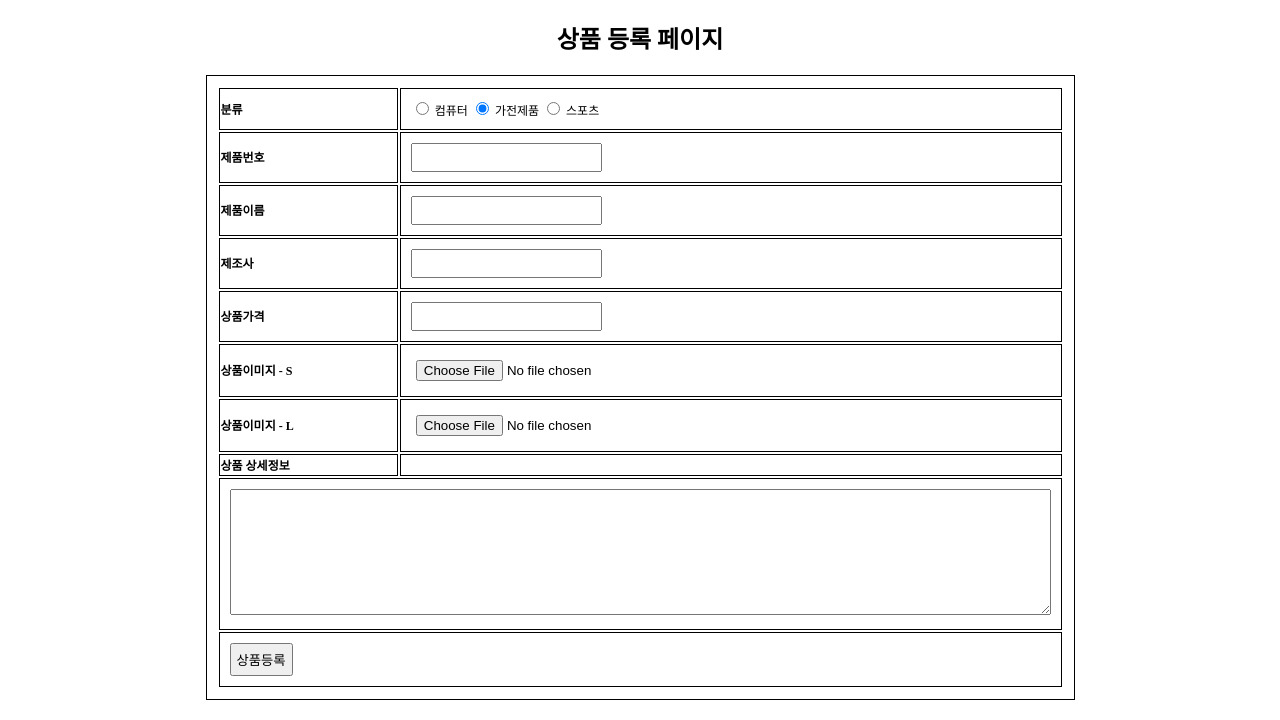
Repository: xlz5000/ICT
Page: http://localhost/spring_mvc02/WEB-INF/views/day08/product_add.jsp
These files come from the project's save history. The page is drawn as it stood at one moment and after the next save; the edit follows.
The browser window is 1280 px wide. The pictures show the whole page.
The page is served by Tomcat 9. Nobody is signed in. The template is opened directly, without the code that normally fills it, so the values that code supplies are empty.

Above is the page before, as saved 2025-04-18 02:41:08.

After the next save:
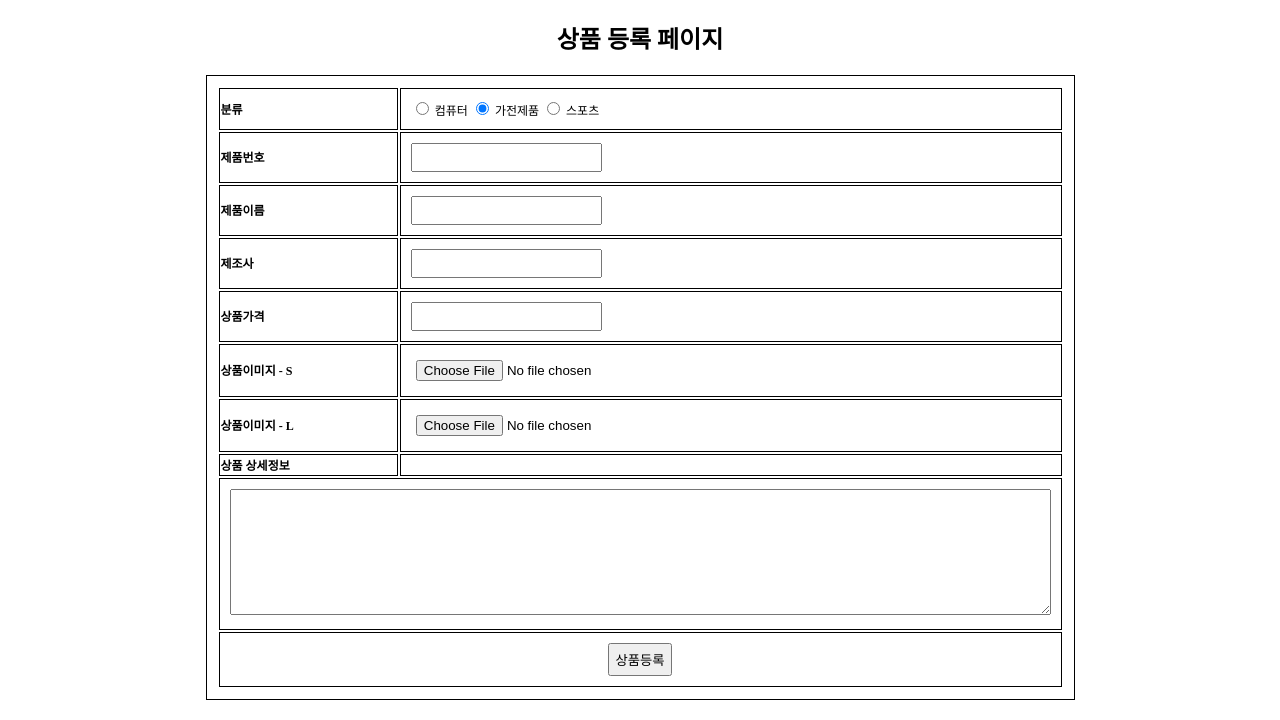
Saved 36 s later.
--- a/spring_mvc02/src/main/webapp/WEB-INF/views/day08/product_add.jsp
+++ b/spring_mvc02/src/main/webapp/WEB-INF/views/day08/product_add.jsp
@@ -103,7 +103,7 @@
 
 				</tbody>
 				<tfoot>
-					<tr><td colspan="2"><input type="submit" value="상품등록"></td></tr>
+					<tr><td colspan="2" style="text-align: center;"><input type="submit" value="상품등록"></td></tr>
 				</tfoot>
 			</table>
 		</form>
